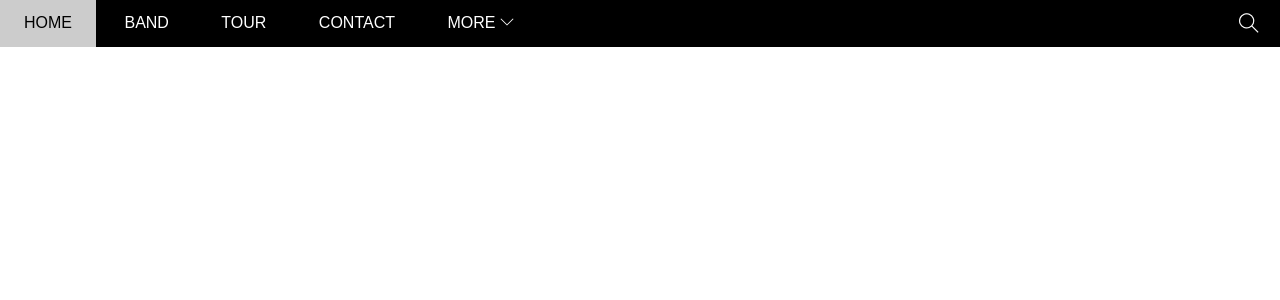
Repository: Thanhtrunghoang123/the-band
Page: index.html
The author's editor kept a copy of each file at every save. The page is drawn from the files as they stood at one save, then again after the next save.
The browser window is 1280 px wide. The pictures show the whole page.
The pointer rests on the first visible `#header .search-btn`.

Above is the page before, as saved 2022-07-20 09:12:33.

### index.html
<!DOCTYPE html>
<html lang="en">
<head>
    <meta charset="UTF-8">
    <meta http-equiv="X-UA-Compatible" content="IE=edge">
    <meta name="viewport" content="width=device-width, initial-scale=1.0">
    <title>Document</title>
    <link rel="stylesheet" href="./assest/css/style.css">
    <link rel="stylesheet" href="./assest/fonts/themify-icons/themify-icons.css">



</head>
<body>
    <div id="main">
        <div id="header">
            <!-- Begin: Nav -->
            <ul id="nav">
                <li><a href="">Home</a></li>
                <li><a href="">Band</a></li>
                <li><a href="">Tour</a></li>
                <li><a href="">Contact</a></li>
                <li>
                    <a href="">
                        More
                        <i class=" nav-arrow-down ti-angle-down"></i>

                    </a>
                    <ul class="subnav">
                        <li><a href="">Merchandise</a></li>
                        <li><a href="">Extras</a></li>
                        <li><a href="">Media</a></li>
                    </ul>
                </li>
            </ul>
            <!-- End: Nav -->

            <!-- Begin: Search button -->
            <div class="search-btn">
                <i class=" search-icon ti-search"></i>
            </div>
            <!-- End: Search button -->



        </div>

        <div id="slider">

        </div>

        <div id="content">

        </div>

        <div id="footer">

        </div>
    </div>
</body>
</html>

### assest/css/style.css
*{
    margin: 0;
    padding: 0;
    box-sizing: border-box;
}

html{
    font-family: Arial, Helvetica, sans-serif;
}
#main{

}

#header{
    height: 46.5px;
    background-color: #000;
}
#nav {
    display: inline-block;
}
#nav , .subnav{
    list-style: none;
}
#nav > li{
    display: inline-block;
}

#nav li{
    position: relative;
}

#nav > li > a {
    color: #fff;
    text-transform: uppercase;
}
#nav li a{
    text-decoration: none;
    line-height: 46.5px;
    padding: 0px 24px;
    display: block;
}

#nav li:hover .subnav{
    display: block;
}
#nav > li:hover > a,
#nav .subnav li:hover a{
    color: #000;
    background-color: #ccc;
}

#nav .subnav{
    display: none;
    position: absolute;
    top: 100%;
    background-color: #fff;
    box-shadow: 0 0 10px rgba(0 , 0 , 0 ,0.3);
}
#nav .subnav a{
    color: #000;
    min-width: 160px;
    padding:  0px 12px;
    line-height: 38.5px;
}
#nav .nav-arrow-down{
    font-size: 14px;
}
#header .search-btn{
    float:right;
    padding: 0 21px;
}
#header .search-icon {
    color: #fff;
    font-size: 20px;
    line-height: 46px;
}
#slider{

}

#content{

}

#footer{

}

Loaded but not shown: assest/fonts/themify-icons/themify-icons.css (common file)

After the next save:
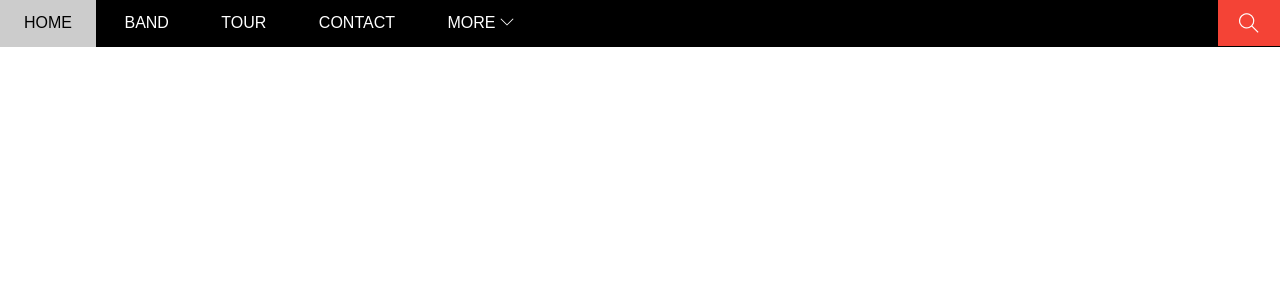
Saved 92 s later.
--- a/assest/css/style.css
+++ b/assest/css/style.css
@@ -69,6 +69,9 @@
     float:right;
     padding: 0 21px;
 }
+#header .search-btn:hover {
+    background-color: #f44336;
+}
 #header .search-icon {
     color: #fff;
     font-size: 20px;
